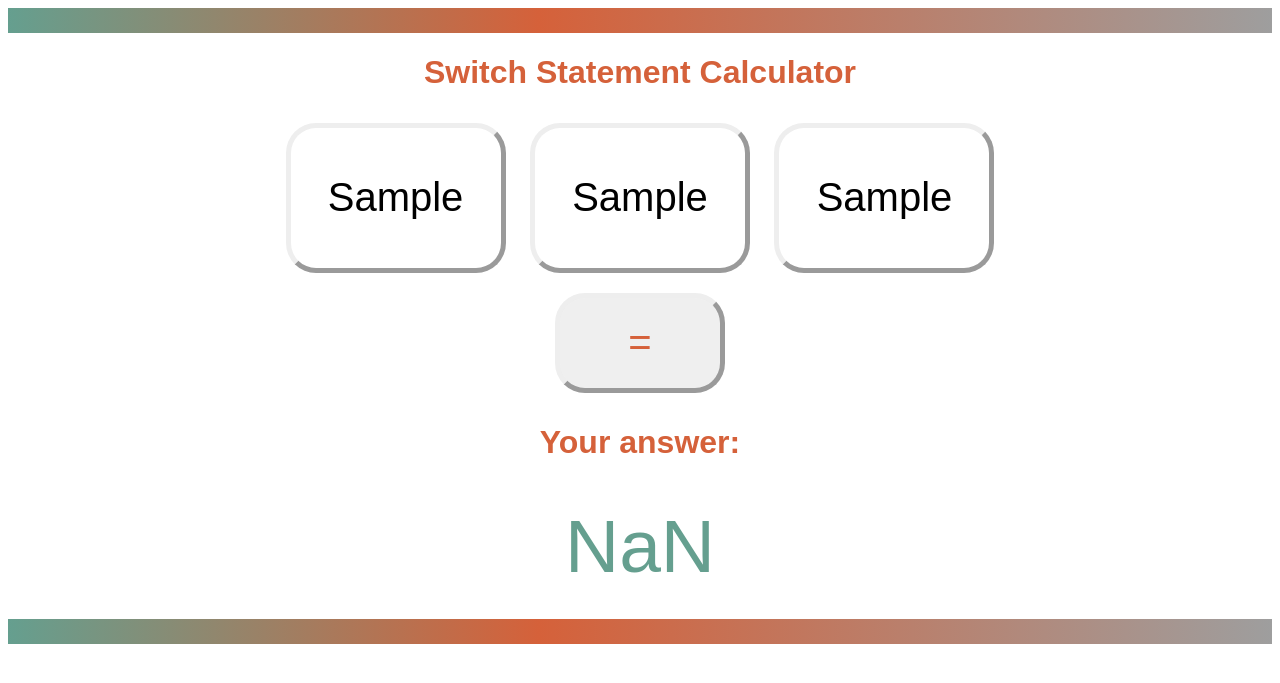
Repository: WesleyErasmus/threeInputCalculator
Page: html/switch-calculator.html
An editor plug-in stored every save of this project. The page is shown before and after the next save, followed by the edit.
The browser window is 1280 px wide. The pictures show the whole page.
Empty fields were first filled with sample values (such as "Sample", 5 or name@example.com).
After loading, the first visible `button` was clicked once.

Above is the page before, as saved 2022-04-27 23:15:25.

### html/switch-calculator.html
<!DOCTYPE html>
<html lang="en">
<head>
    <meta charset="UTF-8">
    <meta http-equiv="X-UA-Compatible" content="IE=edge">
    <meta name="viewport" content="width=device-width, initial-scale=1.0">
    <title>JS Switch Calculator</title>
    <link rel="stylesheet" href="/css/switch-calculator.css">
    <script src="/js/switch-calculator.js" defer></script>
</head>
<body>

    <div id="topGradientBar"></div>
    <center>

        <form onsubmit="return false;">
            <h1>Switch Statement Calculator</h1>
             <input id="input1" type="text" name = "input1" placeholder="number"> <!-- input-1 -->
             <input id="input3" type="text" name = "input3" placeholder="(+ - * /)"> <!-- input-3 (operator) -->
             <input id="input2" type="text" name = "input2" placeholder="number"> <!-- input-2 -->
            <div>
             <button onclick="sum()">=</button>
            </div>
             <h1>Your answer:</h1>
             <p id="output"></p>
        </form>

    </center>
    <div id="topGradientBar"></div>

</body>
</html>

### css/switch-calculator.css
body {
  font-family: sans-serif;
}
#topGradientBar {
  background: rgb(101, 159, 143);
  background: linear-gradient(
    90deg,
    rgba(101, 159, 143, 1) 0%,
    rgba(213, 97, 58, 1) 42%,
    rgba(158, 158, 158, 1) 100%
  );
  height: 25px;
}
h1 {
  color: #d5613a;
}
form {
  display: block;
  margin: 0 auto;
}
input {
  width: 170px;
  height: 100px;
  padding: 20px;
  margin: 10px;
  text-align: center;
  font-size: 40px;
  border-radius: 30px;
  border: 5px outset;
}
button {
  color: #d5613a;
  width: 170px;
  height: 100px;
  padding: 0;
  margin: 10px;
  font-size: 40px;
  border-radius: 30px;
  border: 5px outset;
}
p {
  text-align: center;
  margin: 10px;
  padding: 20px;
  font-size: 75px;
  border-radius: 10px;
  color: #659f8f;
}
::placeholder {
  color: #9e9e9ea6;
  font-style: italic;
}

### js/switch-calculator.js
function sum() {
    const num1 = document.getElementById("input1").value;
    const num2 = document.getElementById("input2").value;
    const operator = document.getElementById("input3").value;
    const output = document.getElementById("output").value;
      let answer;
      document.getElementById("output").value;
      if (operator == '+') {
        answer = +num1 + +num2;
        document.getElementById("output").innerHTML = answer;
      } else if (operator == '-') {
        answer = num1 - num2;
        document.getElementById("output").innerHTML = answer;
      } else if (operator == '*') {
        answer = num1 * num2;
        document.getElementById("output").innerHTML = answer;
      } else {
        answer = num1 / num2;
        document.getElementById("output").innerHTML = answer;
      }console.log(answer);
    }

After the next save:
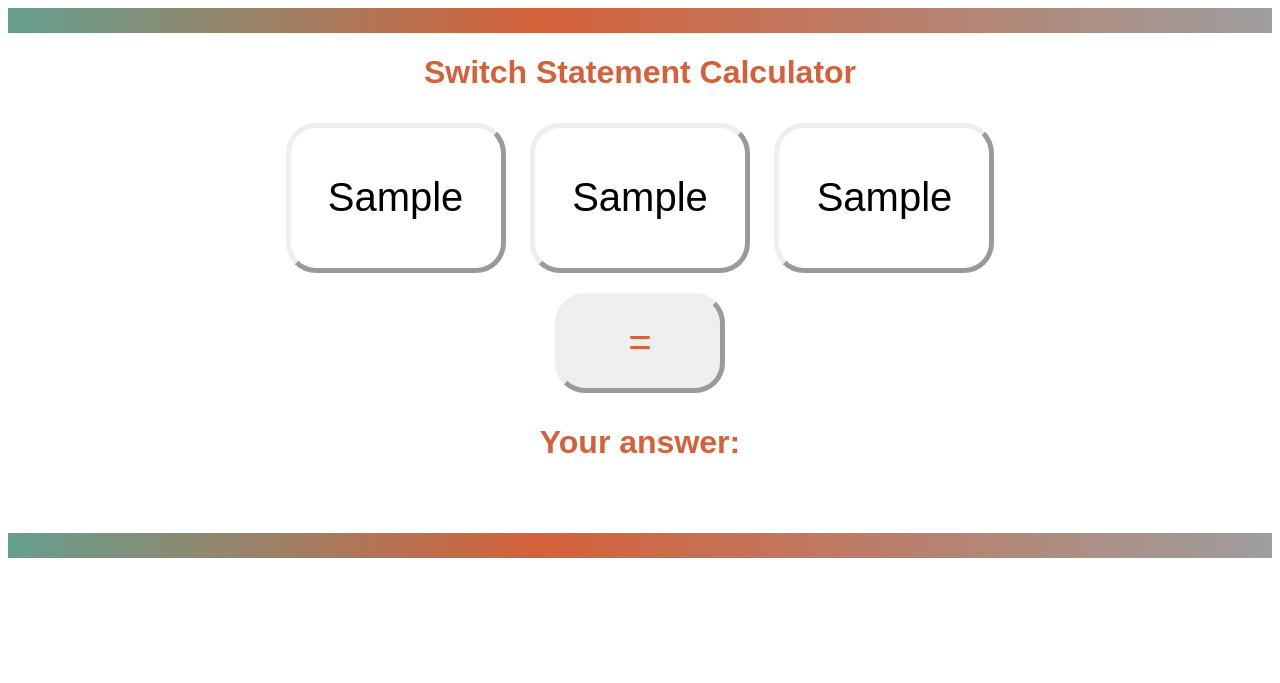
Console error: ReferenceError: sum is not defined
Saved 14 min 4 s later.
--- a/js/switch-calculator.js
+++ b/js/switch-calculator.js
@@ -1,21 +1,47 @@
-function sum() {
-    const num1 = document.getElementById("input1").value;
-    const num2 = document.getElementById("input2").value;
-    const operator = document.getElementById("input3").value;
-    const output = document.getElementById("output").value;
-      let answer;
-      document.getElementById("output").value;
-      if (operator == '+') {
+const num1 = document.getElementById("input1").value;
+const num2 = document.getElementById("input2").value;
+const operator = document.getElementById("input3").value;
+const output = document.getElementById("output").value;
+
+switch (sum) {
+
+    //   let answer;
+      case 'addition' :
         answer = +num1 + +num2;
         document.getElementById("output").innerHTML = answer;
-      } else if (operator == '-') {
+        break;
+        case 'subtraction' :
         answer = num1 - num2;
         document.getElementById("output").innerHTML = answer;
-      } else if (operator == '*') {
+        break;
+        case 'multiplication' :
         answer = num1 * num2;
         document.getElementById("output").innerHTML = answer;
-      } else {
+        break;
+        case 'division' :
         answer = num1 / num2;
         document.getElementById("output").innerHTML = answer;
-      }console.log(answer);
+        console.log(answer);
     }
+
+    // function sum() {
+    //     const num1 = document.getElementById("input1").value;
+    //     const num2 = document.getElementById("input2").value;
+    //     const operator = document.getElementById("input3").value;
+    //     const output = document.getElementById("output").value;
+    //       let answer;
+    //       document.getElementById("output").value;
+    //       if (operator == '+') {
+    //         answer = +num1 + +num2;
+    //         document.getElementById("output").innerHTML = answer;
+    //       } else if (operator == '-') {
+    //         answer = num1 - num2;
+    //         document.getElementById("output").innerHTML = answer;
+    //       } else if (operator == '*') {
+    //         answer = num1 * num2;
+    //         document.getElementById("output").innerHTML = answer;
+    //       } else {
+    //         answer = num1 / num2;
+    //         document.getElementById("output").innerHTML = answer;
+    //       }console.log(answer);
+    //     }
